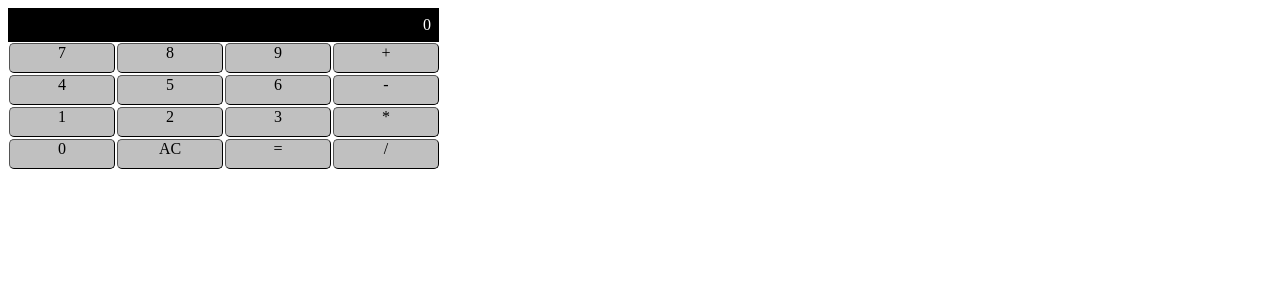
Repository: boilboy/js-Theme-second
Page: index2.html
The author's editor kept a record of every edit. The page is drawn from the files as they stood at one moment, then again after the next edit.
The browser window is 1280 px wide. The pictures show the whole page.
Some web libraries are served in a nearby version.

Above is the page before.

After the next edit:
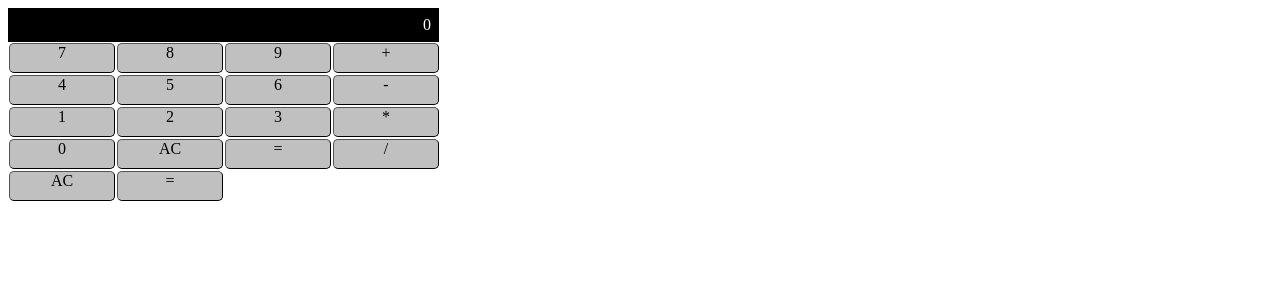
The edit:
--- a/index2.html
+++ b/index2.html
@@ -35,6 +35,10 @@
       <div id="equal_btn">=</div>
       <div class = "num_bth cal" data-index-id = '/'>/</div>
      </section>
+     <section class='row'>
+      <div id="clear">AC</div>
+      <div id="equal_btn">=</div>
+     </section>
     </div>
   </div>
 
